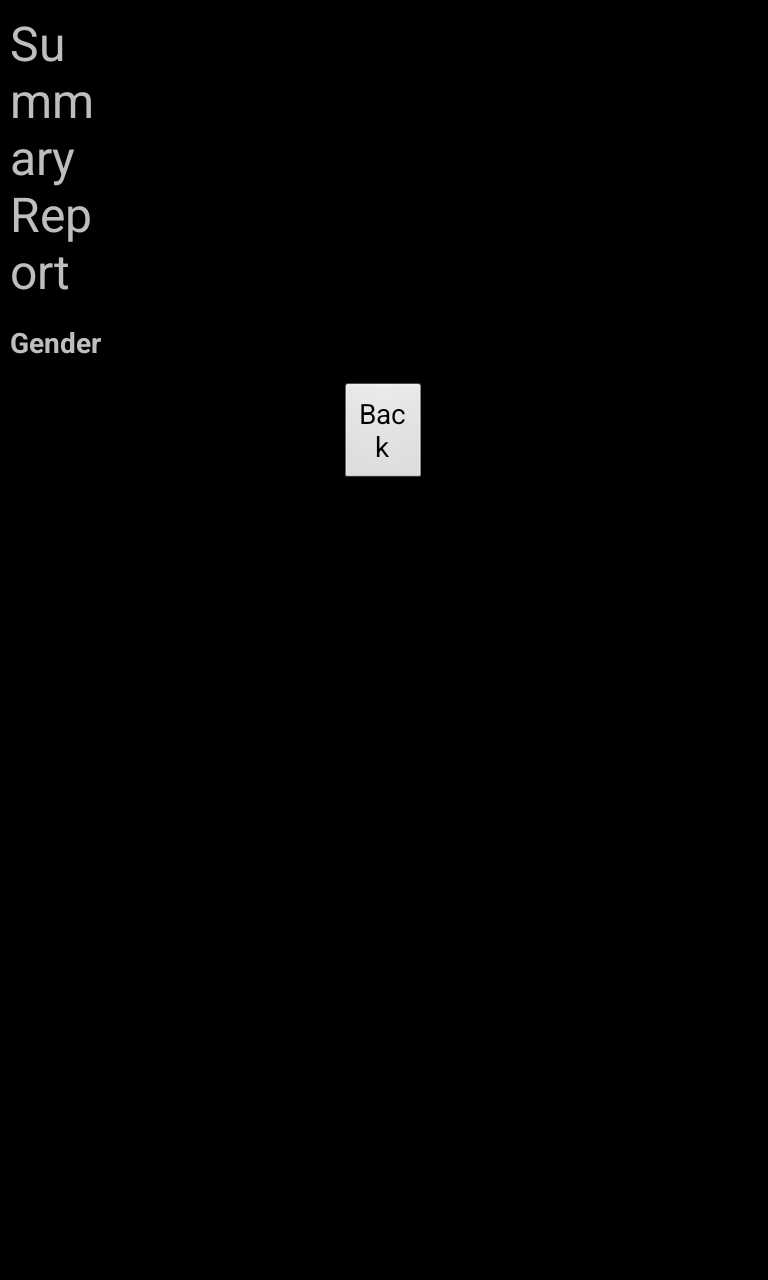
Repository: dillonyoung/CPD4493
Layout: TraCare/res/layout/report.xml
These files come from the project's save history. The layout is drawn as it stood at one moment and after the next save; the edit follows.
It is drawn on a 768 x 1280 px phone screen (xhdpi) without system bars, with theme android:Theme.Black; the app's code is not run.

Above is the layout before, as saved 2013-04-10 21:14:14.

After the next save:
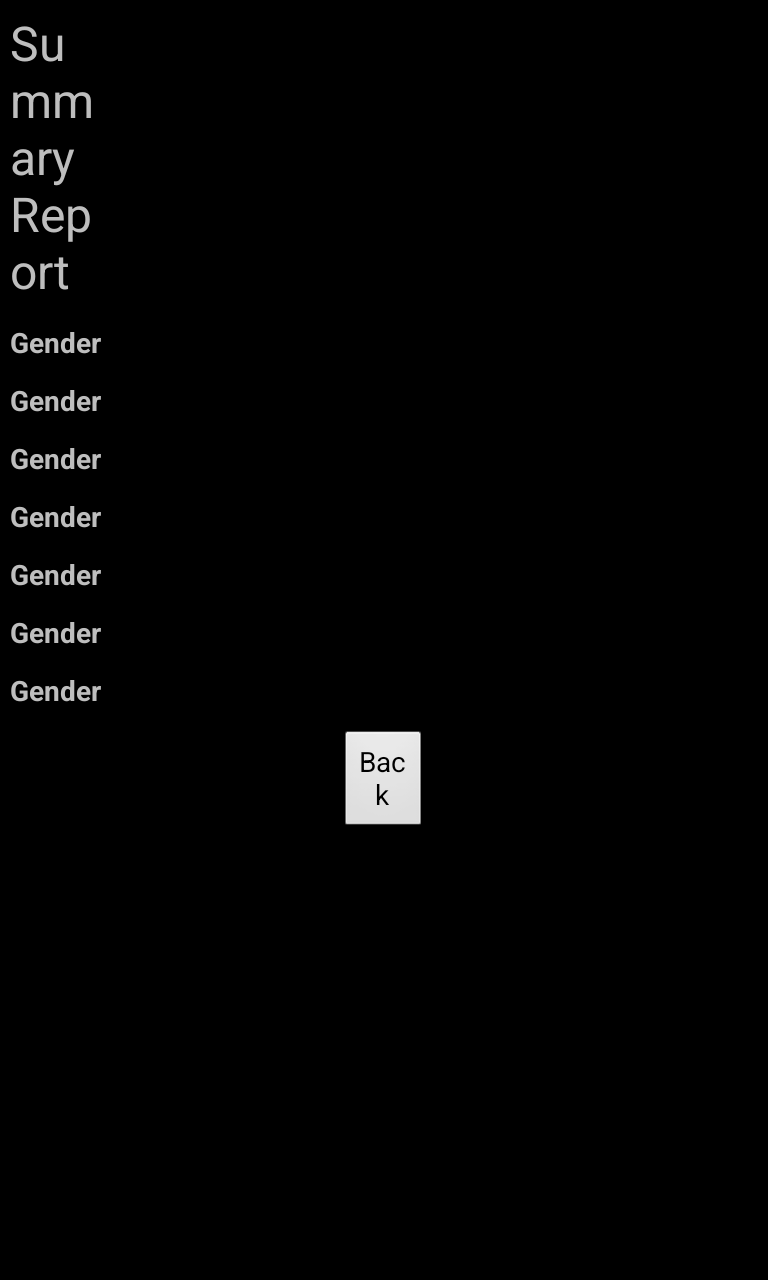
Saved 74 s later.
--- a/TraCare/res/layout/report.xml
+++ b/TraCare/res/layout/report.xml
@@ -46,6 +46,136 @@
         </TableRow>
 
 
+        <TableRow
+            android:id="@+id/tableRow3"
+            android:layout_width="wrap_content"
+            android:layout_height="wrap_content"
+            android:padding="5dip" >
+
+            <TextView
+                android:id="@+id/textView2"
+                android:layout_width="wrap_content"
+                android:layout_height="wrap_content"
+                android:text="@string/gender"
+                android:textStyle="bold" />
+
+            <TextView
+                android:id="@+id/txtReportEndDate"
+                android:layout_width="wrap_content"
+                android:layout_height="wrap_content"
+                android:text="@string/blank"
+                android:textStyle="bold" />
+        </TableRow>
+
+
+        <TableRow
+            android:id="@+id/tableRow3"
+            android:layout_width="wrap_content"
+            android:layout_height="wrap_content"
+            android:padding="5dip" >
+
+            <TextView
+                android:id="@+id/textView2"
+                android:layout_width="wrap_content"
+                android:layout_height="wrap_content"
+                android:text="@string/gender"
+                android:textStyle="bold" />
+
+            <TextView
+                android:id="@+id/txtReportLowestWeight"
+                android:layout_width="wrap_content"
+                android:layout_height="wrap_content"
+                android:text="@string/blank"
+                android:textStyle="bold" />
+        </TableRow>
+
+
+        <TableRow
+            android:id="@+id/tableRow3"
+            android:layout_width="wrap_content"
+            android:layout_height="wrap_content"
+            android:padding="5dip" >
+
+            <TextView
+                android:id="@+id/textView2"
+                android:layout_width="wrap_content"
+                android:layout_height="wrap_content"
+                android:text="@string/gender"
+                android:textStyle="bold" />
+
+            <TextView
+                android:id="@+id/txtReportLowestDate"
+                android:layout_width="wrap_content"
+                android:layout_height="wrap_content"
+                android:text="@string/blank"
+                android:textStyle="bold" />
+        </TableRow>
+
+
+        <TableRow
+            android:id="@+id/tableRow3"
+            android:layout_width="wrap_content"
+            android:layout_height="wrap_content"
+            android:padding="5dip" >
+
+            <TextView
+                android:id="@+id/textView2"
+                android:layout_width="wrap_content"
+                android:layout_height="wrap_content"
+                android:text="@string/gender"
+                android:textStyle="bold" />
+
+            <TextView
+                android:id="@+id/txtReportHighestWeight"
+                android:layout_width="wrap_content"
+                android:layout_height="wrap_content"
+                android:text="@string/blank"
+                android:textStyle="bold" />
+        </TableRow>
+
+
+        <TableRow
+            android:id="@+id/tableRow3"
+            android:layout_width="wrap_content"
+            android:layout_height="wrap_content"
+            android:padding="5dip" >
+
+            <TextView
+                android:id="@+id/textView2"
+                android:layout_width="wrap_content"
+                android:layout_height="wrap_content"
+                android:text="@string/gender"
+                android:textStyle="bold" />
+
+            <TextView
+                android:id="@+id/txtReportHighestDate"
+                android:layout_width="wrap_content"
+                android:layout_height="wrap_content"
+                android:text="@string/blank"
+                android:textStyle="bold" />
+        </TableRow>
+
+
+        <TableRow
+            android:id="@+id/tableRow3"
+            android:layout_width="wrap_content"
+            android:layout_height="wrap_content"
+            android:padding="5dip" >
+
+            <TextView
+                android:id="@+id/textView2"
+                android:layout_width="wrap_content"
+                android:layout_height="wrap_content"
+                android:text="@string/gender"
+                android:textStyle="bold" />
+
+            <TextView
+                android:id="@+id/txtReportAverageWeight"
+                android:layout_width="wrap_content"
+                android:layout_height="wrap_content"
+                android:text="@string/blank"
+                android:textStyle="bold" />
+        </TableRow>
 
         <TableRow
             android:id="@+id/tableRow12"
